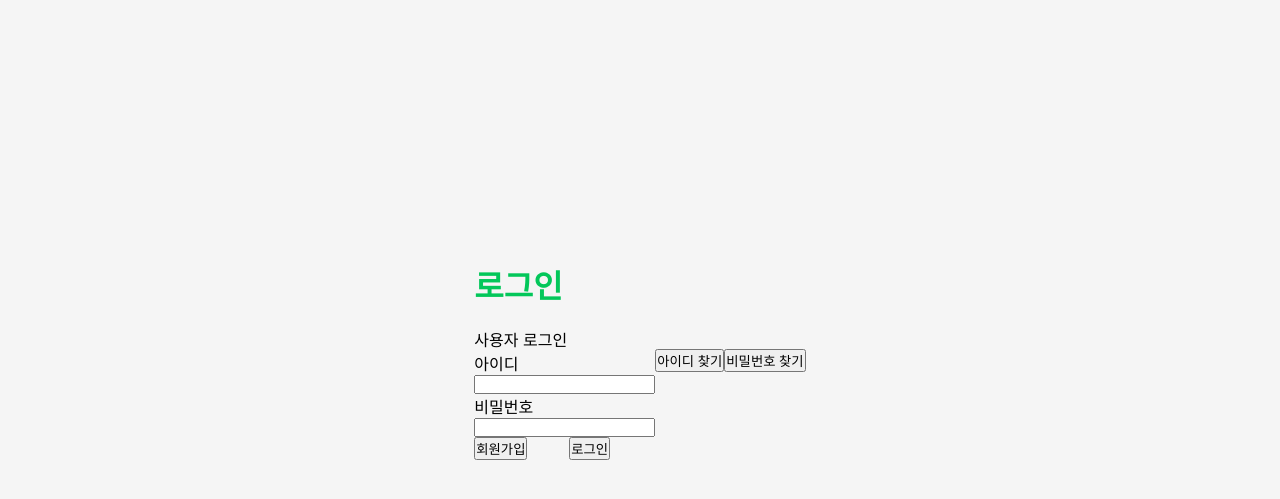
Repository: MeGuuuun/-_TableJava
Page: http://localhost/kimbanbagi/login.jsp
The author's editor kept a copy of each file at every save. The page is drawn from the files as they stood at one save, then again after the next save.
The browser window is 1280 px wide. The pictures show the whole page.
The page is served by Tomcat 10. Other server files are loaded and not shown.

Above is the page before, as saved 2024-06-07 04:34:56.

### tableJava/kimbanbagi/WebContent/login.jsp
<%@ page language="java" contentType="text/html; charset=utf-8"
    pageEncoding="utf-8"%>
<!DOCTYPE html>
<html>
<head>
<meta charset="utf-8">
<title>로그인 페이지</title>
<link rel="stylesheet" type="text/css" href="css/login.css">
<script src="https://code.jquery.com/jquery-3.6.0.min.js"></script>
</head>
<body>
<form action="login" method="post">
<h1>로그인</h1>
사용자 로그인<br>
아이디 <br>
<input type="text" name="user_id"><br>
비밀번호 <br>
<input type="text" name="user_pwd"> <br>
<button id="joinBtn">회원가입</button> &ensp; &ensp; &ensp;
<button type="submit" value="로그인">로그인<br></button>
</form>
<button id="findIDBtn">아이디 찾기</button>
<button id="findPWBtn">비밀번호 찾기</button>
<script>
	var findIdBtn = document.getElementById('findIDBtn');
	var findPwBtn = document.getElementById('findPWBtn');
	var joinBtn = document.getElementById('joinBtn');

	findIdBtn.addEventListener('click', function(event) {
		event.preventDefault();
		window.location.href="findID.jsp";
	});

	findPwBtn.addEventListener('click', function(event) {
		event.preventDefault();
		window.location.href="findPW.jsp";
	});

	joinBtn.addEventListener('click', function(event) {
		event.preventDefault();
		window.location.href="join.jsp";
	});
</script>
</body>
</html>

### tableJava/kimbanbagi/WebContent/css/login.css
*{
  margin: 0;
  padding: 0;
  box-sizing: border-box;
}

body {
    font-family: Arial, sans-serif;
    background-color: #f5f5f5;
    display: flex;
    justify-content: center;
    align-items: center;
    height: 100vh;
}

.container {
    background-color: #fff;
    padding: 40px;
    border-radius: 10px;
    box-shadow: 0 0 10px rgba(0, 0, 0, 0.1);
    width: 400px;
    text-align: center;
}

h1 {
    font-size: 32px;
    margin-bottom: 20px;
    color: #03C75A;
}

.input-group {
    margin-bottom: 15px;
    text-align: left;
}

.input-group label {
    font-size: 14px;
    color: #555;
    margin-bottom: 5px;
    display: block;
}

.input-group input {
    width: 100%;
    padding: 10px;
    border: 1px solid #ddd;
    border-radius: 5px;
    font-size: 14px;
}

.input-group input:focus {
    border-color: #03C75A;
    outline: none;
}

.login-btn {
    width: 100%;
    padding: 10px;
    background-color: #03C75A;
    border: none;
    border-radius: 5px;
    color: #fff;
    font-size: 16px;
    cursor: pointer;
    margin-top: 20px;
    transition: background-color 0.3s;
}

.login-btn:hover {
    background-color: #029e4a;
}

.links {
    margin-top: 20px;
}

.links a {
    color: #555;
    text-decoration: none;
    font-size: 14px;
    margin: 0 5px;
    transition: color 0.3s;
}

.links a:hover {
    color: #03C75A;
}

After the next save:
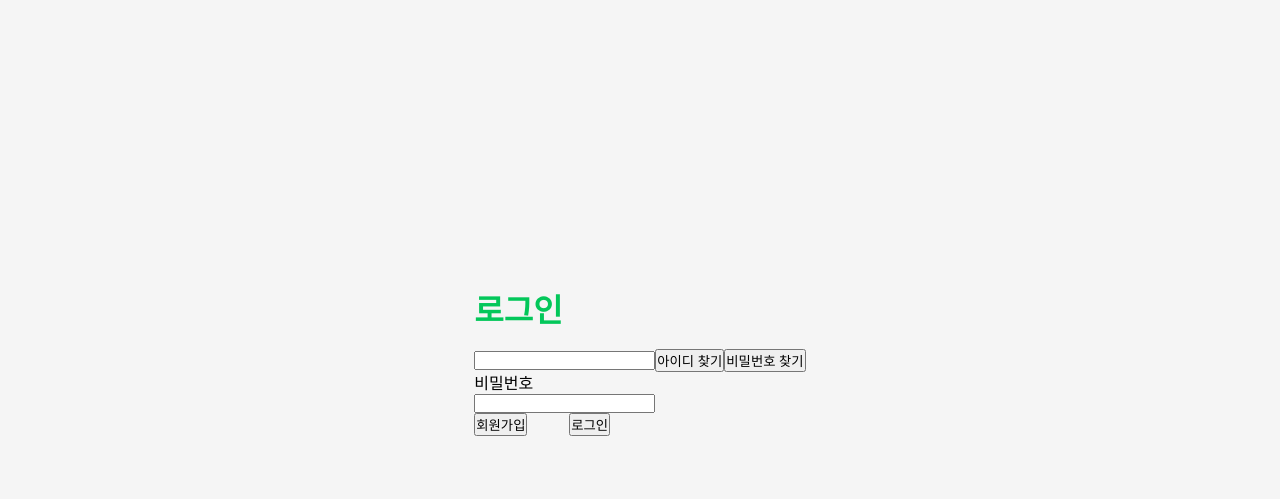
Saved 90 s later.
--- a/tableJava/kimbanbagi/WebContent/login.jsp
+++ b/tableJava/kimbanbagi/WebContent/login.jsp
@@ -11,8 +11,6 @@
 <body>
 <form action="login" method="post">
 <h1>로그인</h1>
-사용자 로그인<br>
-아이디 <br>
 <input type="text" name="user_id"><br>
 비밀번호 <br>
 <input type="text" name="user_pwd"> <br>
